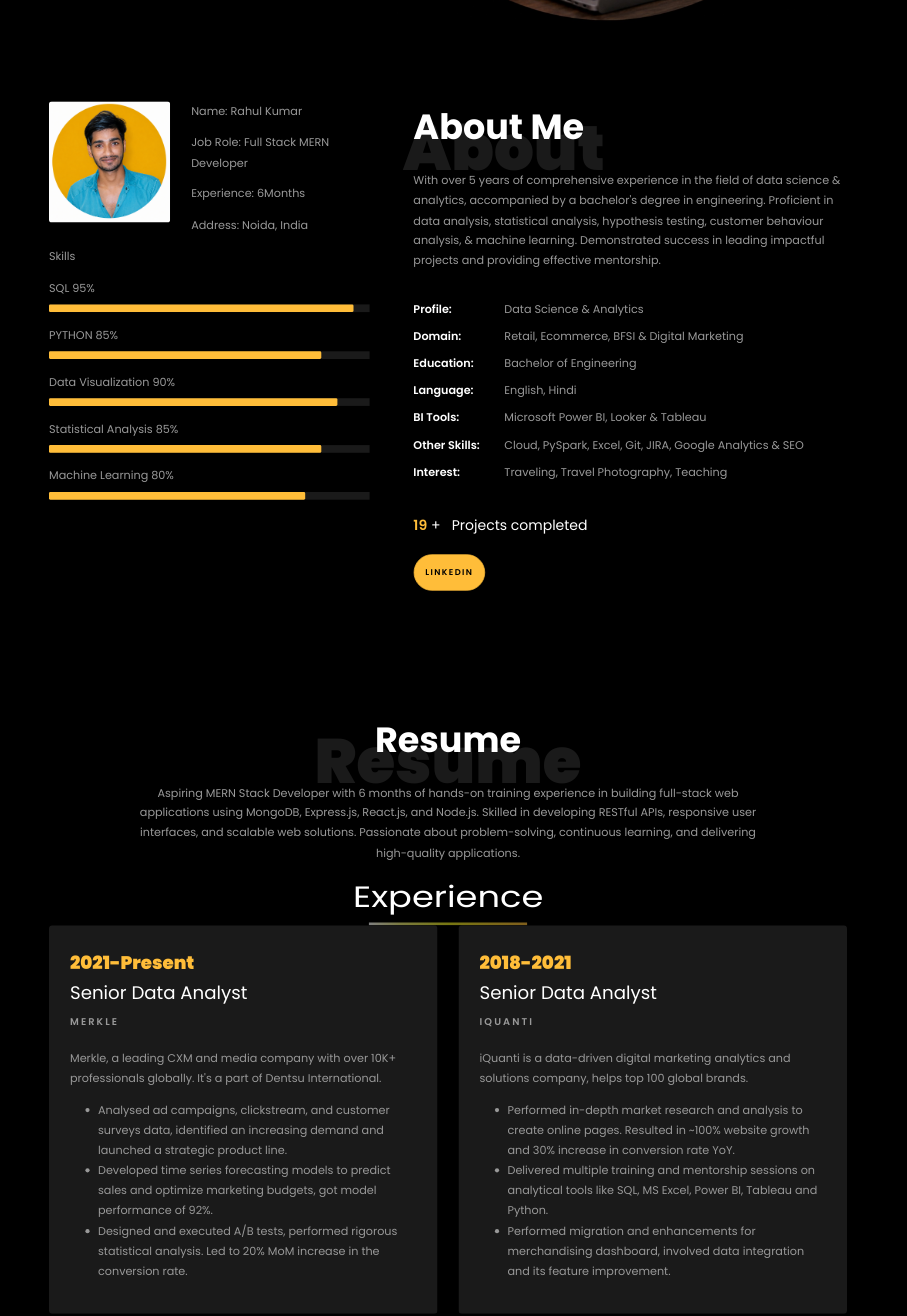
Repository: Rahul70079/Rahul-Kumar-Portfolio
Page: Portfolio/index.html
These files come from the project's save history. The page is drawn as it stood at one moment and after a run of saves; the edit follows.
The browser window is 1280 px wide. The page is 1295 px wide, so the pictures cover 1295 px, including what lies to the right of the window. The pictures show the part of the page from y = 717 to 2597 px (the page is 6160 px tall before and 6188 px after), at 70% of full size.

Above is the page before, as saved 2026-06-12 12:42:37.
Console error (its wording comes from the project's code and is left out).

After the next 2 saves:
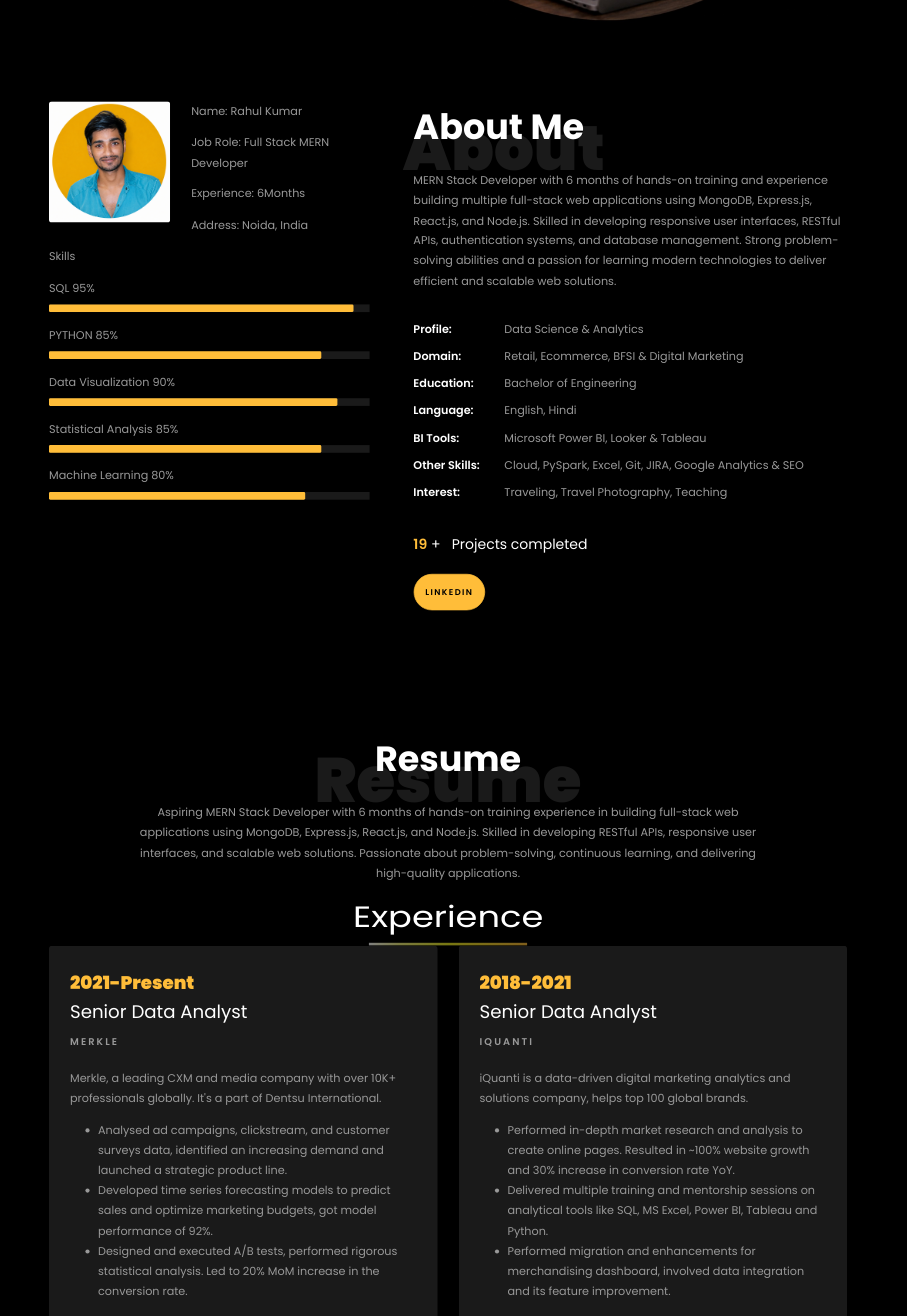
The 2 saves are shown as one change because they came seconds apart.
The last was saved 72 s later.
--- a/Portfolio/index.html
+++ b/Portfolio/index.html
@@ -270,9 +270,7 @@
 								<h1 class="big">About</h1>
 								<h2 class="mb-4">About Me</h2>
 
-								<p>With over 5 years of comprehensive experience in the field of data science & analytics, accompanied by a bachelor's degree in engineering.
-									Proficient in data analysis, statistical analysis, hypothesis testing, customer behaviour analysis, &amp; machine learning.
-									Demonstrated success in leading impactful projects and providing effective mentorship.</p>
+								<p>MERN Stack Developer with 6 months of hands-on training and experience building multiple full-stack web applications using MongoDB, Express.js, React.js, and Node.js. Skilled in developing responsive user interfaces, RESTful APIs, authentication systems, and database management. Strong problem-solving abilities and a passion for learning modern technologies to deliver efficient and scalable web solutions.</p>
 								<ul class="about-info mt-4 px-md-0 px-2">
 									<li class="d-flex"><span>Profile:</span> <span>Data Science &amp; Analytics</span></li>
 									<li class="d-flex"><span>Domain:</span> <span>Retail, Ecommerce, BFSI &amp; Digital Marketing</span></li>
